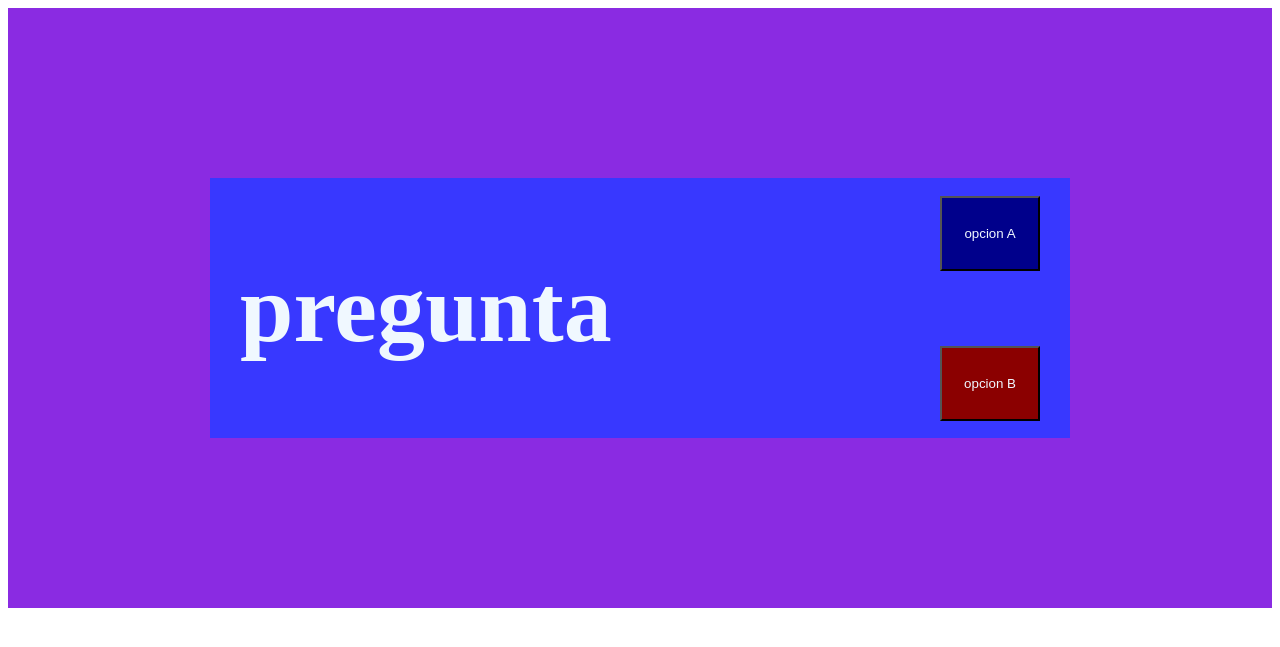
Repository: eschala/Proyecto_Clonaci-n_Kahoot_2023-2
Page: Borrador_Samir_Kahoot_NEW/Prueaba_Validar.html
These files come from the project's save history. The page is drawn as it stood at one moment and after the next save; the edit follows.
The browser window is 1280 px wide. The pictures show the whole page.

Above is the page before, as saved 2023-11-29 13:06:53.
Console error: TypeError: Cannot set properties of null (setting 'innerHTML')

### Borrador_Samir_Kahoot_NEW/Prueaba_Validar.html
<!DOCTYPE html>
<html lang="en">

<head>
    <meta charset="UTF-8">
    <meta name="viewport" content="width=device-width, initial-scale=1.0">
    <title>Document</title>
    <style>

    </style>
    <link rel="stylesheet" href="stylePrueba.css">

</head>

<body>
    <div class="container">

        <div class="sectionContainer">

            <h1 class="tituloClass">
                pregunta
            </h1>

            <div class="section_Buttons">
                <div class="btn_content"><button type="button" class="btn_1 botones">opcion A</button></div>
                <div class="btn_content"><button type="button" class="btn_2 botones">opcion B</button></div>



            </div>

        </div>

    </div>

    <script src="respuesta_VALIDAR.js"></script>
</body>

</html>

### Borrador_Samir_Kahoot_NEW/stylePrueba.css
.container {

    width: 100%;
    height: 600px;
    background-color: blueviolet;

    display: flex;
    flex-direction: column;

    align-items: center;
    justify-content: center;

}

.sectionContainer {

    height: 200px;
    width: 800px;

    background-color: rgb(56, 56, 255);

    display: flex;
    justify-content: space-between;
    align-items: center;
    color: aliceblue;

    font-size: 3rem;
    padding: 30px;
}

.sub_Container_2 {

    height: 200px;
    width: 800px;

    background-color: red;

    display: flex;

}

.btn_content {
    height: 150px;
    width: 100px;
    display: flex;

    align-items: center;
    justify-content: center;
}

.btn_1 {
    width: 100%;
    height: 50%;

    background-color:darkblue;
}

.btn_2 {
    width: 100%;
    height: 50%;

    background-color:darkred;
}

.botones:hover{

    opacity: 50%;
    cursor: pointer;
}

.botones{

    color:aliceblue;
    font-size: ;
    cursor: pointer;
}

### Borrador_Samir_Kahoot_NEW/respuesta_VALIDAR.js
const element_counterScreen = document.querySelector(".counterScreen");
        const element_counterScreen_2 = document.querySelector(".counterScreen_2");
        const element_botones_1 = document.querySelector(".botones_1");
        const element_botones_2 = document.querySelector(".botones_2");

        let count = 10;
        let clicks = 0;
        let timerSet;

        element_counterScreen.innerHTML = count + "s";

        const activarTiempo = () => {
            element_botones_1.innerHTML="Reiniciar";
            clearInterval(timerSet);
            timerSet = setInterval(contarSegundos, 1000);
        };

        const contarSegundos = () => {
            count--;
            element_counterScreen.innerHTML = count + "s";

            if (count <= 0) {
                activarTiempo();
                element_botones_1.disabled = false;
            } else {
                element_botones_1.disabled = true;
            }

            if (count == 10) {
                element_botones_1.style.display = "none";
            } else {
                element_botones_1.style.display = "block";
            }
            if(count<0){
                element_counterScreen.innerHTML=0+"s";
            }else{
                element_counterScreen.innerHTML = count + "s";

            }
        };

        const contarCLICKS = () => {
            clicks++;
            element_counterScreen_2.innerHTML = clicks + " clicks";
        };

        const reiniciarContador = () => {
            clearInterval(timerSet);
            count = 10;
            element_counterScreen.innerHTML = count + "s";

            if (count == 10) {
                element_botones_1.style.display = "none";
            } else {
                element_botones_1.style.display = "block";
            }

            activarTiempo();
        };

        const detenerContador = () => {
            clearInterval(timerSet);
            element_counterScreen.innerHTML = "Tiempo detenido";
            element_botones_1.style.display = "block";
            element_botones_1.disabled = false;
            element_botones_1.innerHTML="Iniciar";
        };

        element_botones_1.addEventListener("click", reiniciarContador);
        element_botones_1.addEventListener("click", contarCLICKS);
        element_botones_2.addEventListener("click", detenerContador);

        activarTiempo();

After the next save:
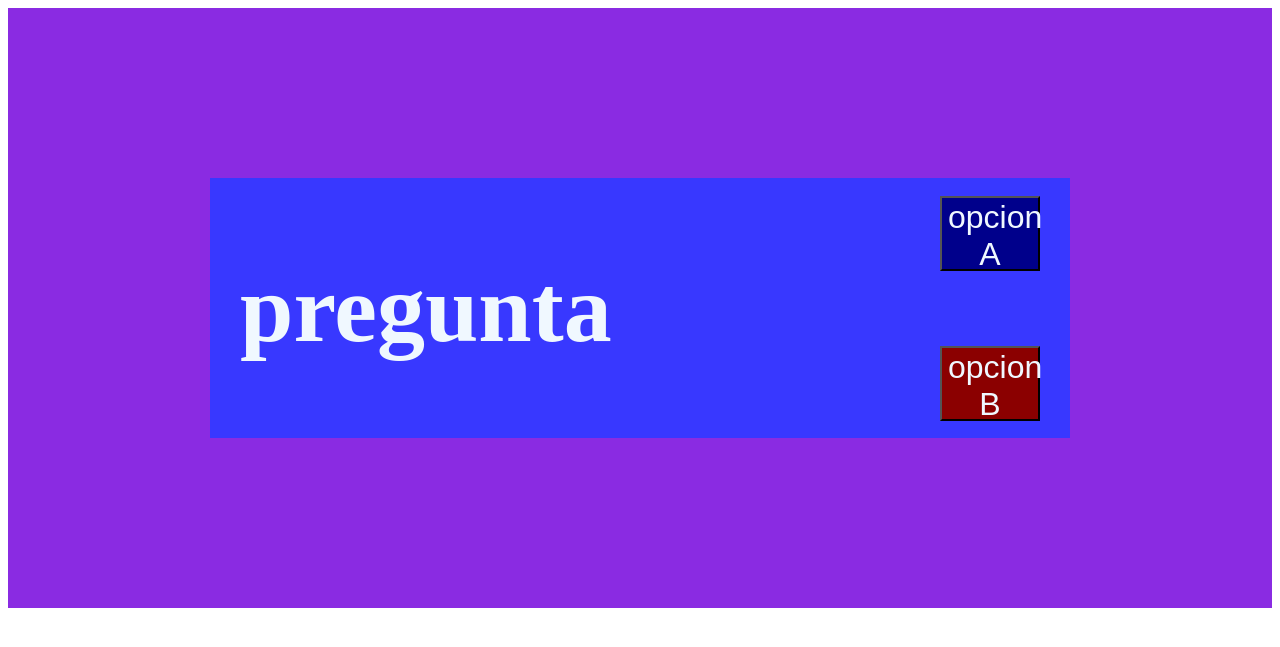
Saved 8 s later.
--- a/Borrador_Samir_Kahoot_NEW/stylePrueba.css
+++ b/Borrador_Samir_Kahoot_NEW/stylePrueba.css
@@ -71,6 +71,6 @@
 .botones{
 
     color:aliceblue;
-    font-size: ;
+    font-size: 2rem;
     cursor: pointer;
 }
